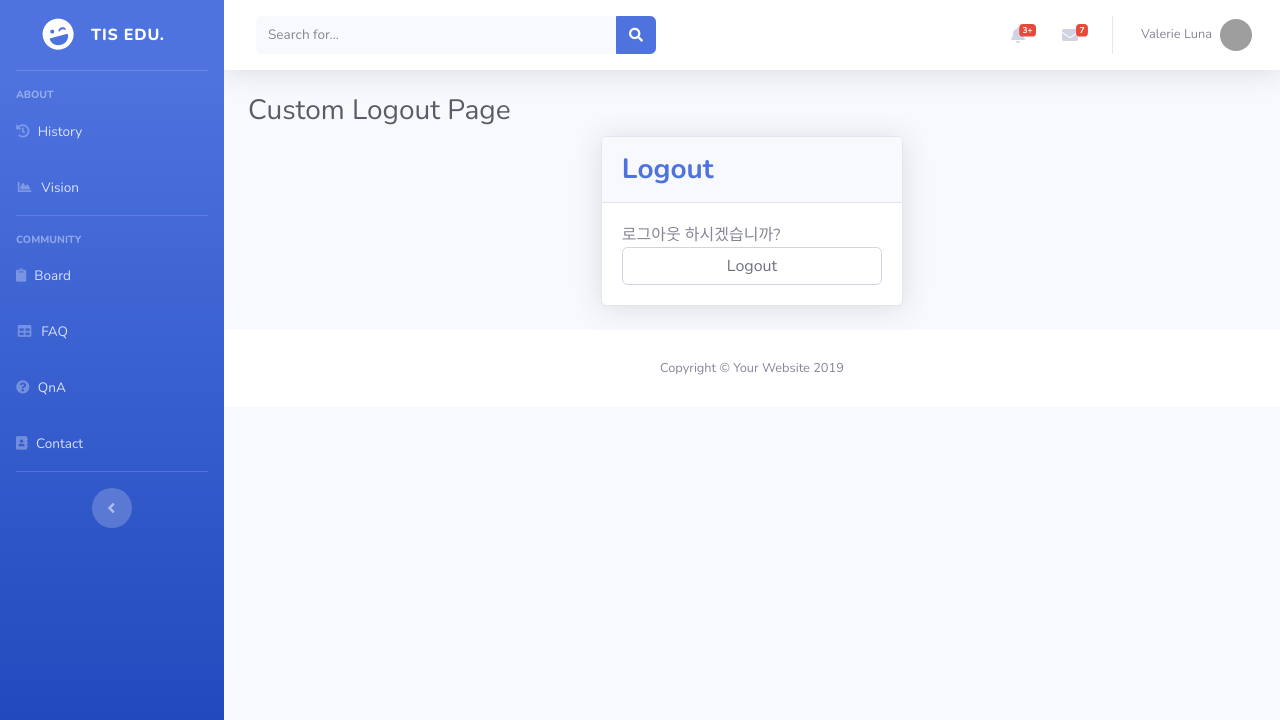
Repository: dkfagh/Spring_WS_2019
Page: http://localhost/ex02/WEB-INF/views/customLogout.jsp
These files come from the project's save history. The page is drawn as it stood at one moment and after the next save; the edit follows.
The browser window is 1280 px wide. The pictures show the whole page.
Pictures or frames that could not be fetched are drawn as grey boxes. The page is served by Tomcat 9. Nobody is signed in. The template is opened directly, without the code that normally fills it, so the values that code supplies are empty.

Above is the page before, as saved 2020-01-15 02:38:03.

After the next save:
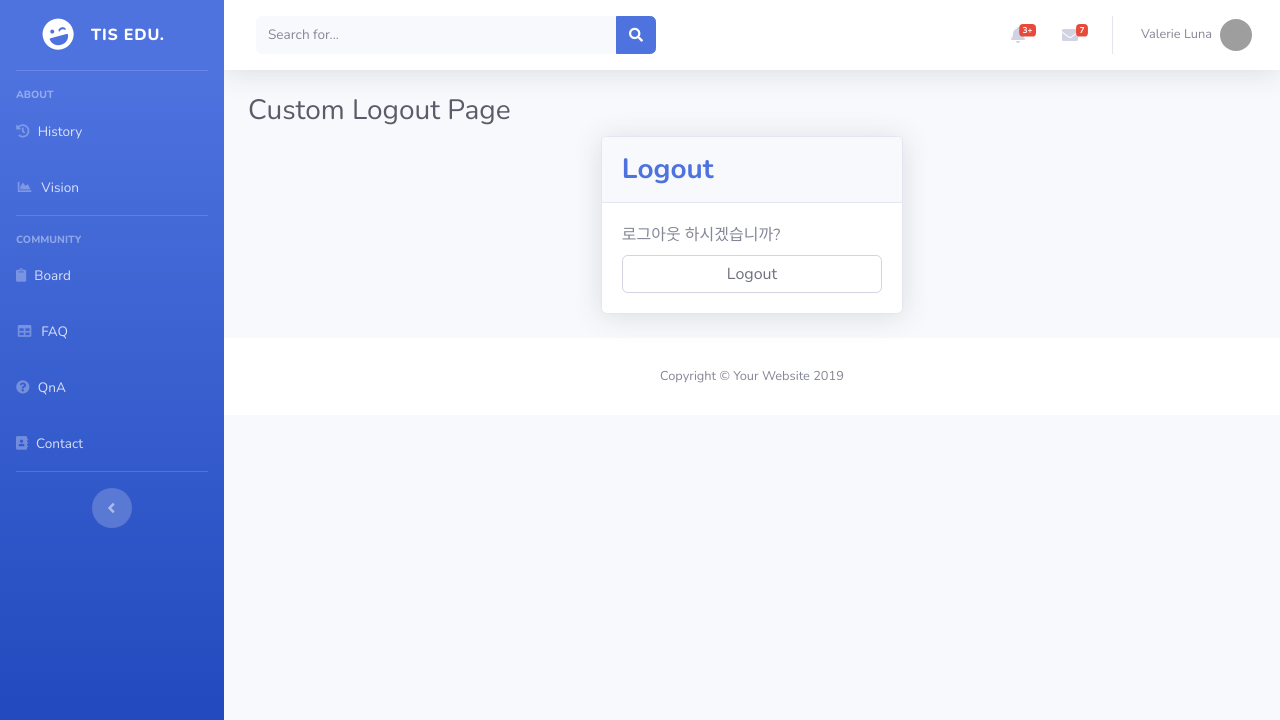
Saved 26 s later.
--- a/ex02/src/main/webapp/WEB-INF/views/customLogout.jsp
+++ b/ex02/src/main/webapp/WEB-INF/views/customLogout.jsp
@@ -19,7 +19,7 @@
 			<div class="card-body">
 
 				<form action="/customLogout" method="post">
-					로그아웃 하시겠습니까?
+					<label>로그아웃 하시겠습니까?</label>
 					<input type="hidden" name="${_csrf.parameterName }" value="${_csrf.token }" />
 					<button class="form-control" >Logout</button>
 				</form>
